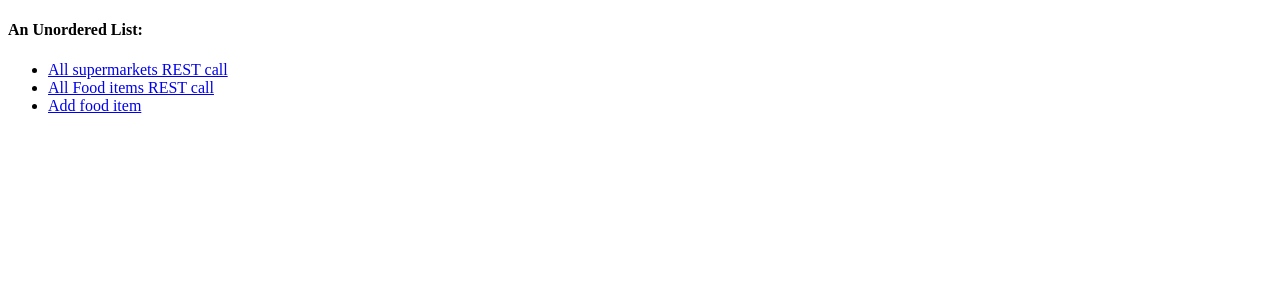
Repository: revatt/SuperMarket
Page: SuperMarketOld/web/pages/index.html
These files come from the project's save history. The page is drawn as it stood at one moment and after the next save; the edit follows.
The browser window is 1280 px wide. The pictures show the whole page.

Above is the page before, as saved 2013-10-06 23:23:08.

After the next save:
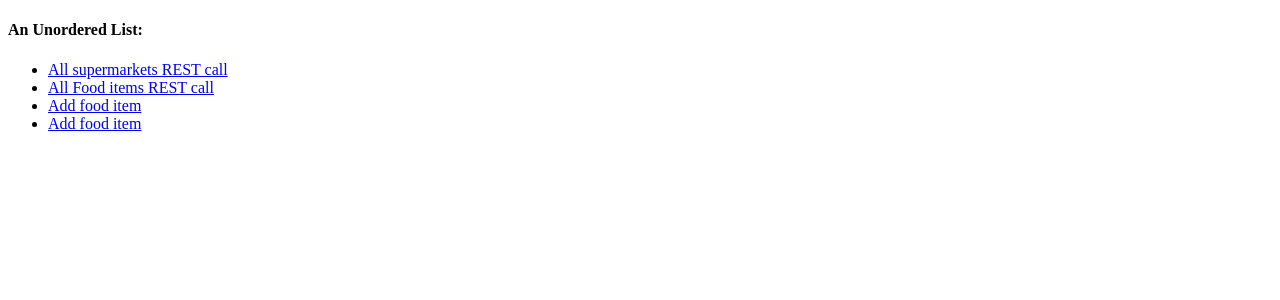
Saved 2 min 3 s later.
--- a/SuperMarketOld/web/pages/index.html
+++ b/SuperMarketOld/web/pages/index.html
@@ -7,6 +7,7 @@
   <li><a href="rest/foodmarket/supermarkets">All supermarkets REST call</a></li>
   <li><a href="rest/foodmarket/fooditems">All Food items REST call</a></li>
   <li><a href="addFoodItem.html">Add food item</a></li>
+  <li><a href="addSuperMarket.html">Add food item</a></li>
 </ul>
 
 
